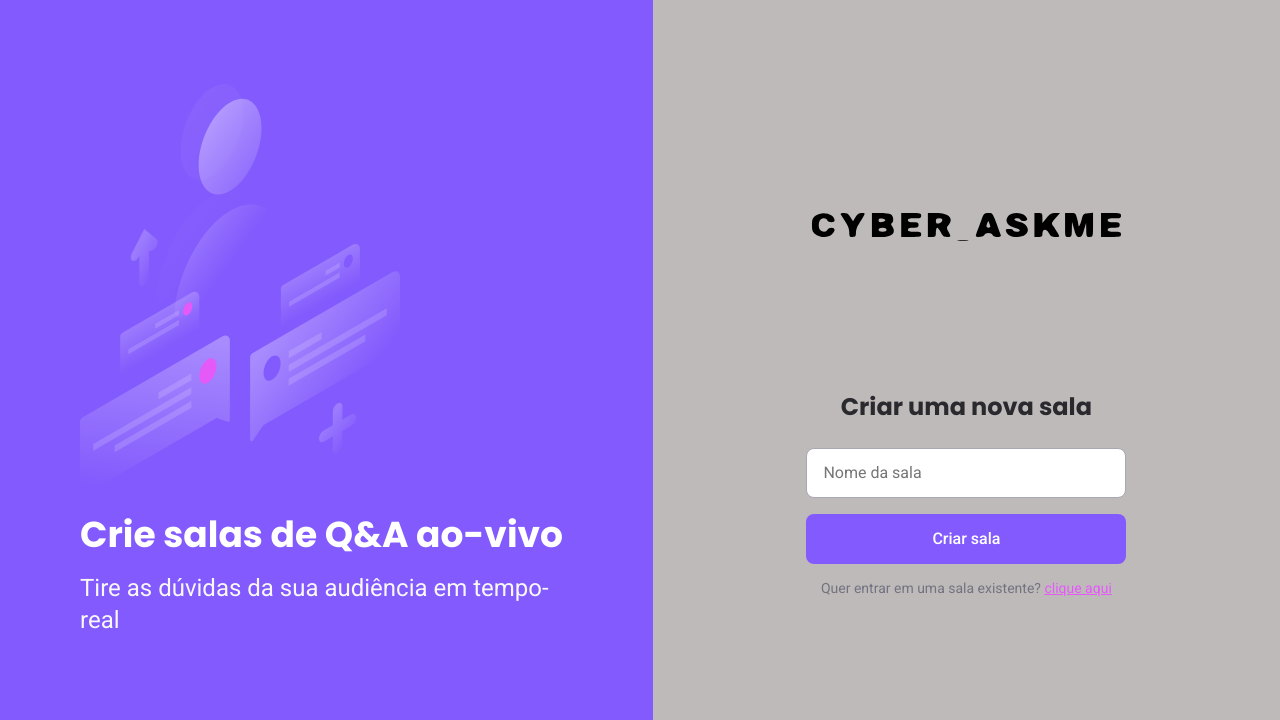
Repository: DevSecOpsRodrigo/cyberx
Page: /rooms/new
These files come from the project's save history. The page is drawn as it stood at one moment and after the next save; the edit follows.
The browser window is 1280 px wide. The pictures show the whole page.
The project was rebuilt for these pictures with package versions that can differ from the ones it lists, and the page was loaded fresh each time. Also part of the build but not shown: src/pages/Home.tsx, src/components/Question/styles.scss, src/components/Question/index.tsx, src/styles/room-code.scss, src/components/RoomCode.tsx, src/hooks/useRoom.ts, src/styles/room.scss, src/pages/Room.tsx and 1 more.

Above is the page before, as saved 2021-07-19 04:52:02.

### public/index.html
<!DOCTYPE html>
<html lang="en">
  <head>
    <meta charset="utf-8" />
    <meta name="viewport" content="width=device-width, initial-scale=1" />

    <link rel="preconnect" href="https://fonts.gstatic.com">
    <link href="https://fonts.googleapis.com/css2?family=Poppins:wght@400;700&family=Roboto:wght@400;500&display=swap" rel="stylesheet">

    <link rel="shortcut icon" href="favicon.png" />
    <title>Letmeask</title>
  </head>
  <body>
    <noscript>You need to enable JavaScript to run this app.</noscript>
    <div id="root"></div>
  </body>
</html>

### src/App.tsx
import { BrowserRouter, HashRouter, Route, Switch } from 'react-router-dom'

import { Home } from "./pages/Home";
import { NewRoom } from "./pages/NewRoom";
import { Room } from './pages/Room';
import { AdminRoom } from './pages/AdminRoom';

import { AuthContextProvider } from './contexts/AuthContext'

function App() {
  return (
   <HashRouter>
     <BrowserRouter>
       <AuthContextProvider>
         <Switch>
           <Route path="/" exact component={Home} />
           <Route path="/rooms/new" component={NewRoom} />
           <Route path="/rooms/:id" component={Room} />

           <Route path="/admin/rooms/:id" component={AdminRoom} />
         </Switch>
       </AuthContextProvider>
     </BrowserRouter>
    </HashRouter>
  );
}

export default App;

### src/services/firebase.ts
import firebase from 'firebase/app';

import 'firebase/auth';
import 'firebase/database';

const firebaseConfig = {
  apiKey: "AIzaSyB8s760YcuM7_H1orjfoDASmH31FOrPwCY",
  authDomain: "letmeask-projeto-a2916.firebaseapp.com",
  databaseURL: "https://letmeask-projeto-a2916-default-rtdb.firebaseio.com",
  projectId: "letmeask-projeto-a2916",
  storageBucket: "letmeask-projeto-a2916.appspot.com",
  messagingSenderId: "230011109510",
  appId: "1:230011109510:web:68f979985c181dc15bd107"
};


  firebase.initializeApp(firebaseConfig);

  export const auth = firebase.auth();
  export const database = firebase.database();

  export {firebase}

### src/styles/global.scss
* {
  margin: 0;
  padding: 0;
  box-sizing: border-box;
}

body {
  background: #bfbaba;
  color: #29292e;
}

body, input, button, textarea {
  font: 400 16px 'Roboto', sans-serif;
}

### src/pages/NewRoom.tsx
import { FormEvent, useState } from 'react'
import { Link, useHistory } from 'react-router-dom'

import illustrationImg from '../assets/images/illustration.svg'
import logoImg from '../assets/images/logo.svg';

import { Button } from '../components/Button';
import { database } from '../services/firebase';
import { useAuth } from '../hooks/useAuth';

import '../styles/auth.scss';

export function NewRoom() {
  const { user } = useAuth()
  const history = useHistory()
  const [newRoom, setNewRoom] = useState('');

  async function handleCreateRoom(event: FormEvent) {
    event.preventDefault();

    if (newRoom.trim() === '') {
      return;
    }

    const roomRef = database.ref('rooms');

    const firebaseRoom = await roomRef.push({
      title: newRoom,
      authorId: user?.id,
    })

    history.push(`/rooms/${firebaseRoom.key}`)
  }

  return (
    <div id="page-auth">
      <aside>
        <img src={illustrationImg} alt="Ilustração simbolizando perguntas e respostas" />
        <strong>Crie salas de Q&amp;A ao-vivo</strong>
        <p>Tire as dúvidas da sua audiência em tempo-real</p>
      </aside>
      <main>
        <div className="main-content">
          <img src={logoImg} alt="Letmeask" />
          <h2>Criar uma nova sala</h2>
          <form onSubmit={handleCreateRoom}>
            <input
              type="text"
              placeholder="Nome da sala"
              onChange={event => setNewRoom(event.target.value)}
              value={newRoom}
            />
            <Button type="submit">
              Criar sala
            </Button>
          </form>
          <p>
            Quer entrar em uma sala existente? <Link to="/">clique aqui</Link>
          </p>
        </div>
      </main>
    </div>
  )
}

### src/contexts/AuthContext.tsx
import { createContext, ReactNode, useEffect, useState } from "react";
import { auth, firebase } from "../services/firebase";

type User = {
  id: string;
  name: string;
  avatar: string;
}

type AuthContextType = {
  user: User | undefined;
  signInWithGoogle: () => Promise<void>;
}

type AuthContextProviderProps = {
  children: ReactNode;
}

export const AuthContext = createContext({} as AuthContextType);

export function AuthContextProvider(props: AuthContextProviderProps) {
  const [user, setUser] = useState<User>();

  useEffect(() => {
    const unsubscribe = auth.onAuthStateChanged(user => {
      if (user) {
        const { displayName, photoURL, uid } = user

        if (!displayName || !photoURL) {
          throw new Error('Missing information from Google Account.');
        }

        setUser({
          id: uid,
          name: displayName,
          avatar: photoURL
        })
      }
    })

    return () => {
      unsubscribe();
    }
  }, [])

  async function signInWithGoogle() {
    const provider = new firebase.auth.GoogleAuthProvider();

    const result = await auth.signInWithPopup(provider);

    if (result.user) {
      const { displayName, photoURL, uid } = result.user

      if (!displayName || !photoURL) {
        throw new Error('Missing information from Google Account.');
      }

      setUser({
        id: uid,
        name: displayName,
        avatar: photoURL
      })
    }
  }

  return (
    <AuthContext.Provider value={{ user, signInWithGoogle }}>
      {props.children}
    </AuthContext.Provider>
  );
}

### src/styles/auth.scss
#page-auth {
  display: flex;
  align-items: stretch;
  height: 100vh;

  aside {
    flex: 7;

    background: #835afd;
    color: rgb(255, 255, 255);

    display: flex;
    flex-direction: column;
    justify-content: center;

    padding: 120px 80px;

    img {
      max-width: 320px;
    }

    strong {
      font: 700 36px 'Poppins', sans-serif;
      line-height: 42px;
      margin-top: 16px;
    }

    p {
      font-size: 24px;
      line-height: 32px;
      margin-top: 16px;
      color: #f8f8f8;
    }
  }

  main {
    flex: 8;

    padding: 0 32px;

    display: flex;
    align-items: center;
    justify-content: center;
  }

  .main-content {
    display: flex;
    flex-direction: column;
    width: 100%;
    max-width: 320px;
    align-items: stretch;
    text-align: center;

    > img {
      align-self: center;
    }

    h2 {
      font-size: 24px;
      margin: 64px 0 24px;
      font-family: 'Poppins', sans-serif;
    }

    form {
      input {
        height: 50px;
        border-radius: 8px;
        padding: 0 16px;
        background: #FFF;
        border: 1px solid #a8a8b3;
      }

      button {
        margin-top: 16px;
      }

      button, input {
        width: 100%;
      }
    }

    p {
      font-size: 14px;
      color: #737380;
      margin-top: 16px;

      a {
        color: #e559f9;
      }
    }
  }

  .create-room {
    margin-top: 64px;
    height: 50px;
    border-radius: 8px;
    font-weight: 500;
    background: #ea4335;
    color: rgb(255, 255, 255);

    display: flex;
    justify-content: center;
    align-items: center;

    cursor: pointer;
    border: 0;

    transition: filter 0.2s;

    img {
      margin-right: 8px;
    }

    &:hover {
      filter: brightness(0.9);
    }
  }

  .separator {
    font-size: 14px;
    color: #a8a8b3;

    margin: 32px 0;
    display: flex;
    align-items: center;

    &::before {
      content: '';
      flex: 1;
      height: 1px;
      background: #a8a8b3;
      margin-right: 16px;
    }

    &::after {
      content: '';
      flex: 1;
      height: 1px;
      background: #a8a8b3;
      margin-left: 16px;
    }
  }
}

Loaded but not shown: src/index.tsx (common file); src/components/Button.tsx (common file); src/hooks/useAuth.ts (common file); src/styles/button.scss (common file)

After the next save:
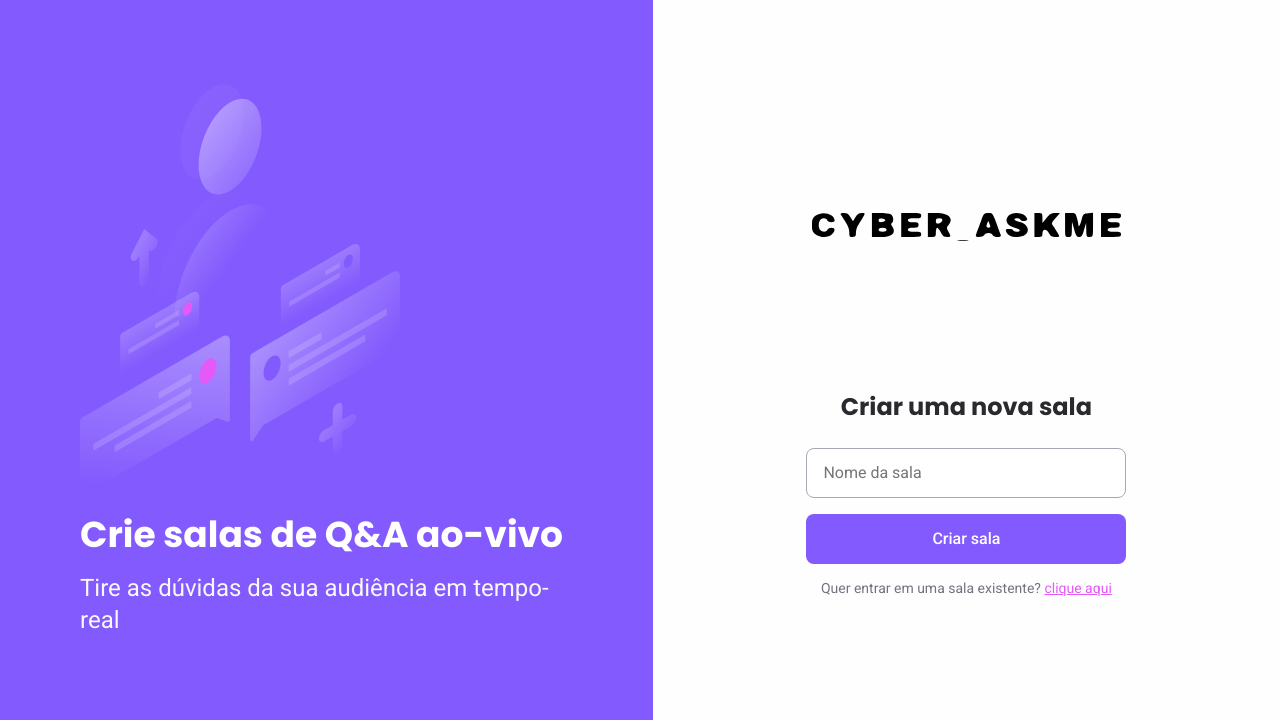
Saved 5 s later.
--- a/src/styles/global.scss
+++ b/src/styles/global.scss
@@ -5,7 +5,7 @@
 }
 
 body {
-  background: #bfbaba;
+  background: #fffefe;
   color: #29292e;
 }
 
